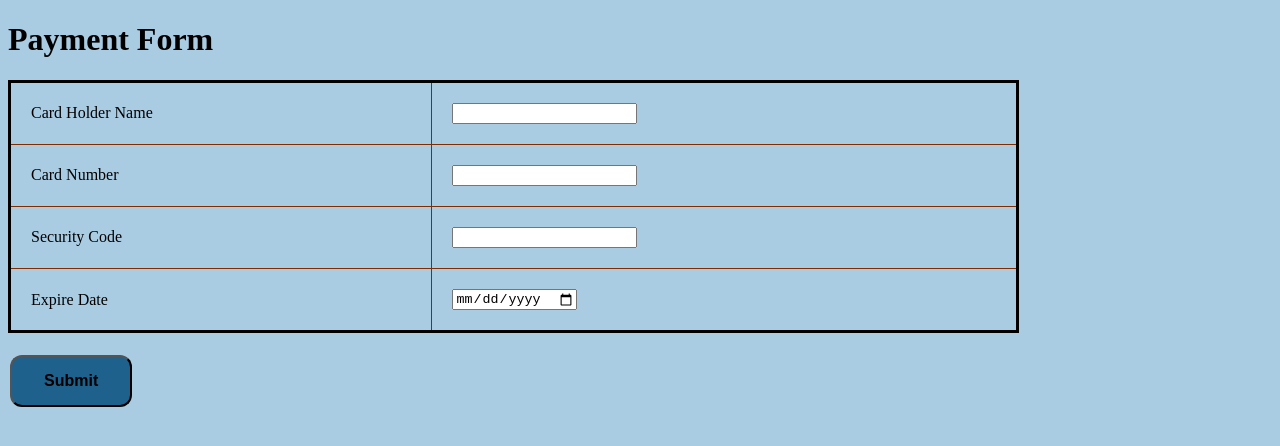
Repository: sandeepa9803/OOP---Online-Travel-web-application
Page: http://localhost/PaymentNew/paymentInfo.jsp
The author's editor kept a copy of each file at every save. The page is drawn from the files as they stood at one save, then again after the next save.
The browser window is 1280 px wide. The pictures show the whole page.
The page is served by Tomcat 9.

Above is the page before, as saved 2021-10-11 17:55:12.

After the next save:
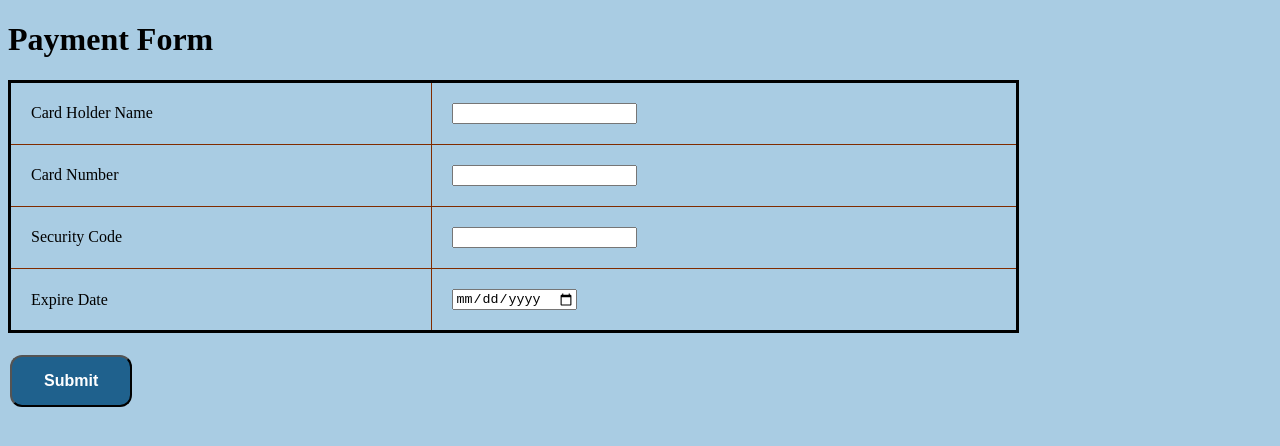
Saved 46 s later.
--- a/PaymentNew/WebContent/paymentInfo.jsp
+++ b/PaymentNew/WebContent/paymentInfo.jsp
@@ -27,7 +27,7 @@ th, td {
 .button {
   background-color: #1F618D ;
   border: 1;
-  color: black;
+  color: white;
   padding: 15px 32px;
   text-align: center;
   text-decoration: none;
